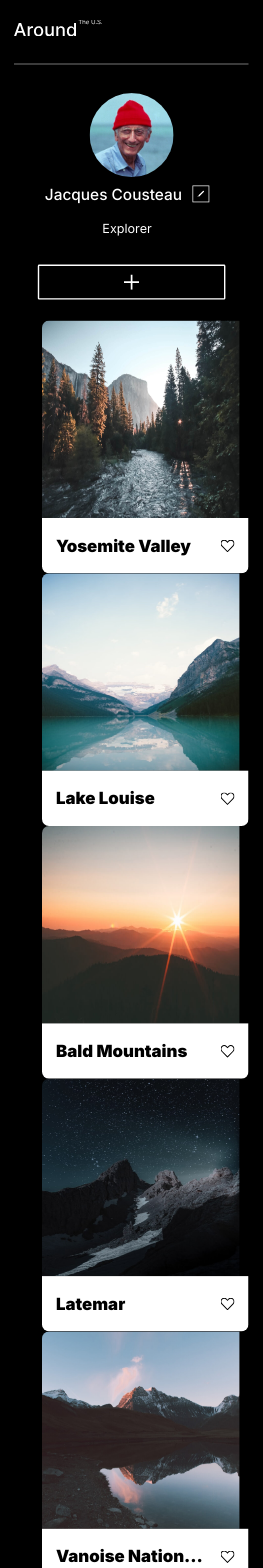
Repository: luisbaezx/se_project_aroundtheus
Page: index.html
An editor plug-in stored every save of this project. The page is shown before and after the next save, followed by the edit.
The browser window is 375 px wide. The pictures show the part of the page from y = 0 to 2240 px (the page is 2742 px tall before and 3639 px after), at 70% of full size.

Above is the page before, as saved 2024-05-30 18:07:32.

After the next save:
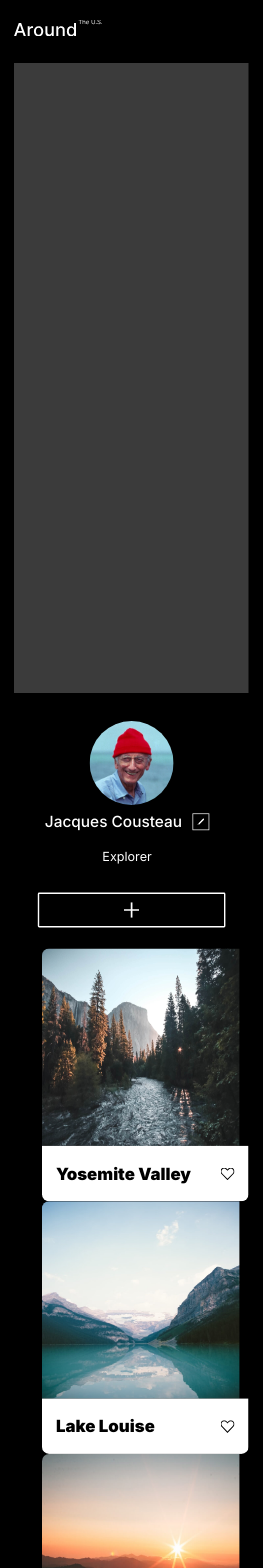
Saved 18 s later.
--- a/blocks/header.css
+++ b/blocks/header.css
@@ -14,7 +14,7 @@
   .header {
     margin-top: 28px;
     padding-bottom: 35px;
-    border-width: 100%;
+    border-width: 900px;
   }
 
   .header__image {

After the save that followed:
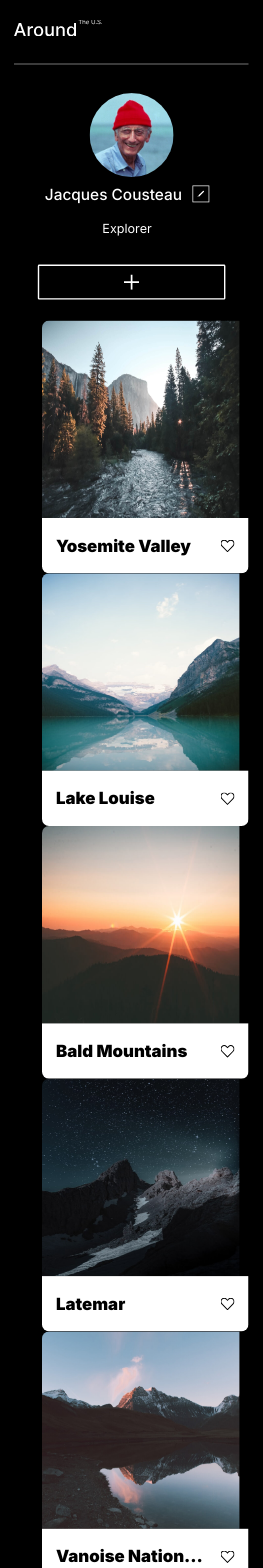
Saved 16 s later.
--- a/blocks/header.css
+++ b/blocks/header.css
@@ -14,7 +14,6 @@
   .header {
     margin-top: 28px;
     padding-bottom: 35px;
-    border-width: 900px;
   }
 
   .header__image {
